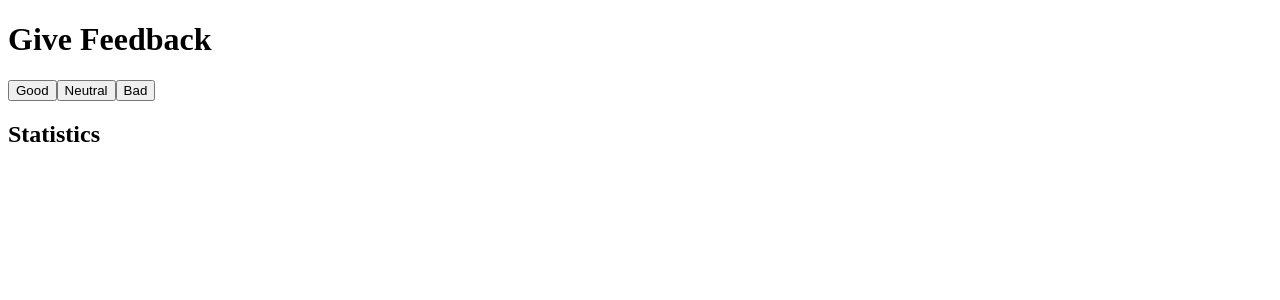
Repository: Wainhouse/Full_Stack_Open_2022
Page: / (app in part1/uni_cafe/)
An editor plug-in stored every save of this project. The page is shown before and after the next save, followed by the edit.
The browser window is 1280 px wide. The pictures show the whole page.
The project was rebuilt for these pictures with package versions that can differ from the ones it lists, and the page was loaded fresh each time.

Above is the page before, as saved 2022-11-24 12:26:38.

### part1/uni_cafe/src/App.js
import React from 'react'
import { useState } from 'react';

const Header = () => {
  return (
    <h1>Give Feedback</h1>
  );
};

const Button = (props) => (
  <button onClick={props.handleClick}>
    {props.text}
  </button>
);

const Statistics = ({ good, neutral, bad }) => {
  return (
    <table>
      <tbody>
        <StatisticText text="good" number={good} />
        <StatisticText text="neutral" number={neutral} />
        <StatisticText text="bad" number={bad} />
      </tbody>
    </table>
  );
};

const StatisticText = ({ text, number }) => {
  <tr>
    <td>{text}</td>
    <td>{number}</td>
  </tr>
};

export const App = () => {
  const [good, setGood] = useState(0)
  const [neutral, setNeutral] = useState(0)
  const [bad, setBad] = useState(0)


  return (
    <div>
        <Header />
        <Button handleClick={() => setGood(good + 1)} text="Good" />
        <Button handleClick={() => setNeutral(neutral + 1)} text="Neutral" />
        <Button handleClick={() => setBad(bad + 1)} text="Bad" />
        <h2>Statistics</h2>
        <Statistics good={good} neutral={neutral} bad={bad} />
    </div>
  );

};


export default App

Loaded but not shown: part1/uni_cafe/public/index.html (common file); part1/uni_cafe/src/index.js (common file)

After the next save:
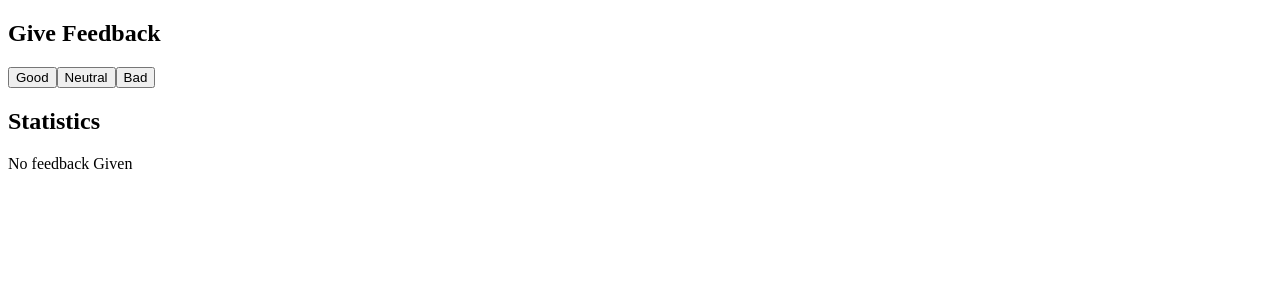
Saved 4 h 7 min later.
--- a/part1/uni_cafe/src/App.js
+++ b/part1/uni_cafe/src/App.js
@@ -3,7 +3,7 @@ import { useState } from 'react';
 
 const Header = () => {
   return (
-    <h1>Give Feedback</h1>
+    <h2>Give Feedback</h2>
   );
 };
 
@@ -14,23 +14,38 @@ const Button = (props) => (
 );
 
 const Statistics = ({ good, neutral, bad }) => {
+  const result = good + neutral + bad;
+  const avr = (good - bad) / result;
+  const pos = good / result * 100;
+
+
+  if (result === 0) {
+    return (
+      <div>
+        <p>No feedback Given</p>
+      </div>
+    );
+  }
   return (
     <table>
       <tbody>
         <StatisticText text="good" number={good} />
         <StatisticText text="neutral" number={neutral} />
         <StatisticText text="bad" number={bad} />
+        <StatisticText text="all" number={result} />
+        <StatisticText text="avr" number={avr} />
+        <StatisticText text="positive" number={pos} />
       </tbody>
     </table>
   );
 };
 
-const StatisticText = ({ text, number }) => {
+const StatisticText = ({ text, number }) => (
   <tr>
     <td>{text}</td>
     <td>{number}</td>
   </tr>
-};
+);
 
 export const App = () => {
   const [good, setGood] = useState(0)
@@ -39,14 +54,14 @@ export const App = () => {
 
 
   return (
-    <div>
+    <>
         <Header />
         <Button handleClick={() => setGood(good + 1)} text="Good" />
         <Button handleClick={() => setNeutral(neutral + 1)} text="Neutral" />
         <Button handleClick={() => setBad(bad + 1)} text="Bad" />
         <h2>Statistics</h2>
         <Statistics good={good} neutral={neutral} bad={bad} />
-    </div>
+    </>
   );
 
 };
